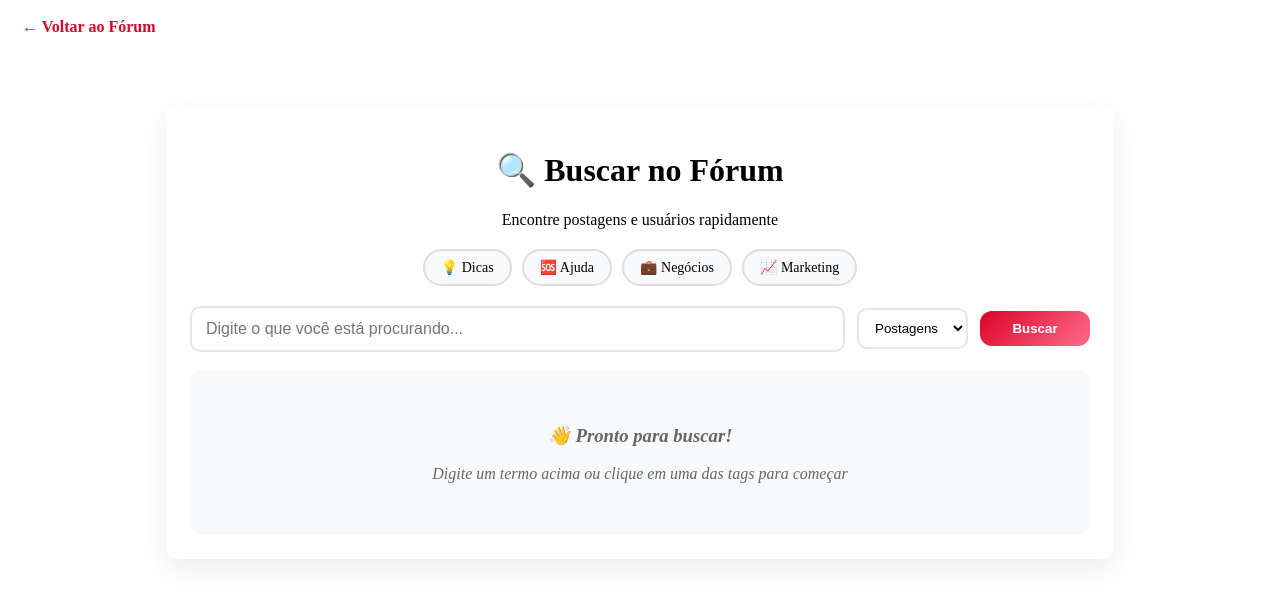
Repository: annaluizapm/MicroMidia
Page: front/HTML/busca.html
The author's editor kept a copy of each file at every save. The page is drawn from the files as they stood at one save, then again after the next save.
The browser window is 1280 px wide. The pictures show the whole page.

Above is the page before, as saved 2025-10-23 10:58:22.

### front/HTML/busca.html
<!DOCTYPE html>
<html lang="pt-BR">
<head>
    <meta charset="UTF-8">
    <meta name="viewport" content="width=device-width, initial-scale=1.0">
    <title>Buscar - Micro Mídia</title>
    <link rel="stylesheet" href="../CSS/busca.css">

</head>
<body>
    <a href="forum.html" class="voltar-btn">← Voltar ao Fórum</a>

    <div class="busca-container">
        <div class="busca-header">
            <h1>🔍 Buscar no Fórum</h1>
            <p>Encontre postagens e usuários rapidamente</p>
        </div>

        <div class="busca-rapida">
            <div class="tag-busca" onclick="buscarRapida('dica')">💡 Dicas</div>
            <div class="tag-busca" onclick="buscarRapida('ajuda')">🆘 Ajuda</div>
            <div class="tag-busca" onclick="buscarRapida('negócio')">💼 Negócios</div>
            <div class="tag-busca" onclick="buscarRapida('marketing')">📈 Marketing</div>
        </div>

        <form class="busca-form" id="busca-form">
            <input
                type="text"
                id="termo-busca"
                class="busca-input"
                placeholder="Digite o que você está procurando..."
                autocomplete="off"
            >

            <select id="filtro-tipo" class="filtro-select">
                <option value="postagens">Postagens</option>
                <option value="usuarios">Usuários</option>
                <option value="todos">Todos</option>
            </select>

            <button type="submit" class="btn-buscar">Buscar</button>
        </form>

        <div id="resultados-container">
            <div class="sem-resultados">
                <h3>👋 Pronto para buscar!</h3>
                <p>Digite um termo acima ou clique em uma das tags para começar</p>
            </div>
        </div>
    </div>

    <script src="../JS/busca.js"></script>

</body>
</html>

### front/CSS/busca.css
 .busca-container {
            max-width: 900px;
            margin: 40px auto;
            padding: 24px;
            background: white;
            border-radius: 12px;
            box-shadow: 0 10px 30px rgba(0,0,0,0.08);
        }

         .busca-header {
                    text-align: center;
                    margin-bottom: 20px;
                }

         .busca-form {
                    display: flex;
                    gap: 12px;
                    margin-bottom: 18px;
                    flex-wrap: wrap;
                    align-items: center;
                }

         .busca-input {
                    flex: 1;
                    min-width: 260px;
                    padding: 12px 14px;
                    border: 2px solid #e6e6e6;
                    border-radius: 10px;
                    font-size: 16px;
                    transition: all 0.2s ease;
                }

        .busca-input:focus {
            outline: none;
            border-color: #D90429;
            box-shadow: 0 0 0 3px rgba(217, 4, 41, 0.1);
        }

         .filtro-select {
                    padding: 10px 12px;
                    border: 2px solid #e6e6e6;
                    border-radius: 10px;
                    background: white;
                    cursor: pointer;
                    transition: border-color 0.2s;
                }

        .filtro-select:focus {
            outline: none;
            border-color: #D90429;
        }

         .btn-buscar {
                    background: linear-gradient(135deg, #D90429 0%, #ff6b8a 100%);
                    color: white;
                    border: none;
                    padding: 10px 16px;
                    border-radius: 12px;
                    font-weight: 600;
                    cursor: pointer;
                    transition: all 0.2s ease;
                    min-width: 110px;
                }

        .btn-buscar:hover {
            transform: translateY(-2px);
            box-shadow: 0 6px 20px rgba(217, 4, 41, 0.4);
        }

         .resultados-info {
                    color: #666;
                    margin-bottom: 12px;
                    font-style: italic;
                }

         .resultado-item {
                    background: linear-gradient(135deg, #ffffff 0%, #f8f9fa 100%);
                    border-radius: 12px;
                    padding: 14px;
                    margin-bottom: 12px;
                    box-shadow: 0 6px 18px rgba(0,0,0,0.04);
                    border-left: 4px solid #D90429;
                    transition: transform 0.2s ease;
                }

        .resultado-item:hover {
            transform: translateY(-2px);
        }

         .resultado-header {
                    display: flex;
                    justify-content: space-between;
                    align-items: center;
                    margin-bottom: 8px;
                }

         .resultado-autor {
                    font-weight: 700;
                    color: #D90429;
                }

        .resultado-data {
            color: #666;
            font-size: 0.9em;
        }

        .resultado-conteudo {
            margin-bottom: 15px;
            line-height: 1.6;
        }

        .resultado-stats {
            display: flex;
            gap: 15px;
            color: #666;
            font-size: 0.9em;
        }

        .highlight {
            background: linear-gradient(135deg, #ffeb3b 0%, #ffc107 100%);
            padding: 2px 4px;
            border-radius: 3px;
            font-weight: 600;
        }

         .sem-resultados {
                    text-align: center;
                    color: #666;
                    font-style: italic;
                    padding: 36px 16px;
                    background: #f8f9fa;
                    border-radius: 12px;
                }

         .voltar-btn {
                    display:inline-block;
                    margin-bottom: 20px;
                    color: #D90429;
                    text-decoration: none;
                    font-weight: 600;
                    padding: 8px 12px;
                    border-radius: 8px;
                    border: 2px solid transparent;
                }

         .voltar-btn:hover {
                    background: rgba(217,4,41,0.08);
                    transform: translateY(-2px);
                    border-color: #D90429;
                }

        .busca-rapida {
            display: flex;
            gap: 10px;
            justify-content: center;
            margin-bottom: 20px;
            flex-wrap: wrap;
        }

        .tag-busca {
            background: #f8f9fa;
            border: 2px solid #ddd;
            padding: 8px 16px;
            border-radius: 20px;
            cursor: pointer;
            transition: all 0.3s;
            font-size: 14px;
        }

        .tag-busca:hover {
            background: #D90429;
            color: white;
            border-color: #D90429;
        }

### front/JS/busca.js
// Garantir que exista uma URL base para a API. Se outra parte do app definiu
// `API_BASE_URL` no escopo global (por exemplo em `script.js`), usamos ela;
// caso contrário, montamos uma URL relativa com base em `location`.
const API_BASE_URL = (function(){
    try{
        if (typeof window !== 'undefined' && window.API_BASE_URL) return window.API_BASE_URL;
    }catch(e){}
    // fallback dinâmico para `http(s)://host:port/api`
    const port = (typeof location !== 'undefined' && location.port) ? `:${location.port}` : '';
    const protocol = (typeof location !== 'undefined' && location.protocol) ? location.protocol : 'http:';
    const hostname = (typeof location !== 'undefined' && location.hostname) ? location.hostname : '127.0.0.1';
    return `${protocol}//${hostname}${port}/api`;
})();

document.addEventListener('DOMContentLoaded', () => {
    const form = document.getElementById('busca-form');
    if(form) form.addEventListener('submit', handleBusca);
    const termoInput = document.getElementById('termo-busca');
    if(termoInput) termoInput.addEventListener('input', handleBuscaTempoReal);
});

        let timeoutBusca;

        // Busca em tempo real (com delay)
        function handleBuscaTempoReal() {
            clearTimeout(timeoutBusca);
            timeoutBusca = setTimeout(() => {
                const termo = document.getElementById('termo-busca').value.trim();
                if (termo.length > 2) {
                    realizarBusca(termo, document.getElementById('filtro-tipo').value);
                }
            }, 500);
        }

        // Busca ao enviar formulário
        async function handleBusca(event) {
            event.preventDefault();
            const termo = document.getElementById('termo-busca').value.trim();
            const tipo = document.getElementById('filtro-tipo').value;

            if (termo) {
                await realizarBusca(termo, tipo);
            }
        }

        // Busca rápida por tags
        function buscarRapida(termo) {
            document.getElementById('termo-busca').value = termo;
            realizarBusca(termo, 'postagens');
        }

        // Realizar busca
        async function realizarBusca(termo, tipo) {
            const container = document.getElementById('resultados-container');
            container.innerHTML = '<div class="sem-resultados"><h3>🔍 Buscando...</h3></div>';

            try {
                let resultados = [];

                if (tipo === 'postagens' || tipo === 'todos') {
                    const postagens = await buscarPostagens(termo);
                    resultados = [...resultados, ...postagens.map(p => ({...p, tipo: 'postagem'}))];
                }

                if (tipo === 'usuarios' || tipo === 'todos') {
                    const usuarios = await buscarUsuarios(termo);
                    resultados = [...resultados, ...usuarios.map(u => ({...u, tipo: 'usuario'}))];
                }

                exibirResultados(resultados, termo);

            } catch (error) {
                console.error('Erro na busca:', error);
                container.innerHTML = '<div class="sem-resultados"><h3>❌ Erro na busca</h3><p>Tente novamente em alguns segundos</p></div>';
            }
        }

        // Buscar postagens
        async function buscarPostagens(termo) {
            const url = `${API_BASE_URL}/postagens`;
            console.log('[busca] GET', url);
            const response = await fetch(url).catch(err => {
                console.error('[busca] Erro fetch postagens:', err);
                return null;
            });
            if (!response) return [];
            console.log('[busca] postagens status', response.status);
            if (response.ok) {
                const postagens = await response.json();
                console.log('[busca] postagens recebidas:', Array.isArray(postagens) ? postagens.length : typeof postagens);
                return postagens.filter(p =>
                    (p.conteudo || '').toLowerCase().includes(termo.toLowerCase()) ||
                    (p.usuario_nome && p.usuario_nome.toLowerCase().includes(termo.toLowerCase()))
                );
            }
            const text = await response.text().catch(()=>'');
            console.warn('[busca] resposta não OK postagens:', response.status, text.slice(0,200));
            return [];
        }

        // Buscar usuários
        async function buscarUsuarios(termo) {
            const url = `${API_BASE_URL}/usuarios`;
            console.log('[busca] GET', url);
            const response = await fetch(url).catch(err => {
                console.error('[busca] Erro fetch usuarios:', err);
                return null;
            });
            if (!response) return [];
            console.log('[busca] usuarios status', response.status);
            if (response.ok) {
                const usuarios = await response.json();
                console.log('[busca] usuarios recebidos:', Array.isArray(usuarios) ? usuarios.length : typeof usuarios);
                return usuarios.filter(u =>
                    (u.nome || '').toLowerCase().includes(termo.toLowerCase()) ||
                    (u.email || '').toLowerCase().includes(termo.toLowerCase()) ||
                    (u.bio && u.bio.toLowerCase().includes(termo.toLowerCase()))
                );
            }
            const text = await response.text().catch(()=>'');
            console.warn('[busca] resposta não OK usuarios:', response.status, text.slice(0,200));
            return [];
        }

        // Exibir resultados
        function exibirResultados(resultados, termo) {
            const container = document.getElementById('resultados-container');

            if (resultados.length === 0) {
                container.innerHTML = `
                    <div class="sem-resultados">
                        <h3>😔 Nenhum resultado encontrado</h3>
                        <p>Tente buscar por outros termos ou verifique a ortografia</p>
                    </div>
                `;
                return;
            }

            const info = `<div class="resultados-info">Encontrados ${resultados.length} resultado(s) para "${termo}"</div>`;

            const itens = resultados.map(item => {
                if (item.tipo === 'postagem') {
                    return `
                        <div class="resultado-item">
                            <div class="resultado-header">
                                <span class="resultado-autor">📝 ${item.usuario_nome || 'Usuário'}</span>
                                <span class="resultado-data">${new Date(item.criado_em).toLocaleString()}</span>
                            </div>
                            <div class="resultado-conteudo">${destacarTermo(item.conteudo, termo)}</div>
                            <div class="resultado-stats">
                                <span>❤️ ${item.curtidas || 0} curtidas</span>
                                <span>💬 ${item.comentarios || 0} comentários</span>
                            </div>
                        </div>
                    `;
                } else {
                    return `
                        <div class="resultado-item">
                            <div class="resultado-header">
                                <span class="resultado-autor">👤 ${destacarTermo(item.nome, termo)}</span>
                                <span class="resultado-data">Usuário</span>
                            </div>
                            <div class="resultado-conteudo">
                                <strong>Email:</strong> ${destacarTermo(item.email, termo)}<br>
                                ${item.bio ? `<strong>Bio:</strong> ${destacarTermo(item.bio, termo)}` : ''}
                            </div>
                        </div>
                    `;
                }
            }).join('');

            container.innerHTML = info + itens;
        }

        // Destacar termo de busca
        function destacarTermo(texto, termo) {
            if (!texto) return '';
            const regex = new RegExp(`(${termo})`, 'gi');
            return texto.replace(regex, '<span class="highlight">$1</span>');
        }

After the next save:
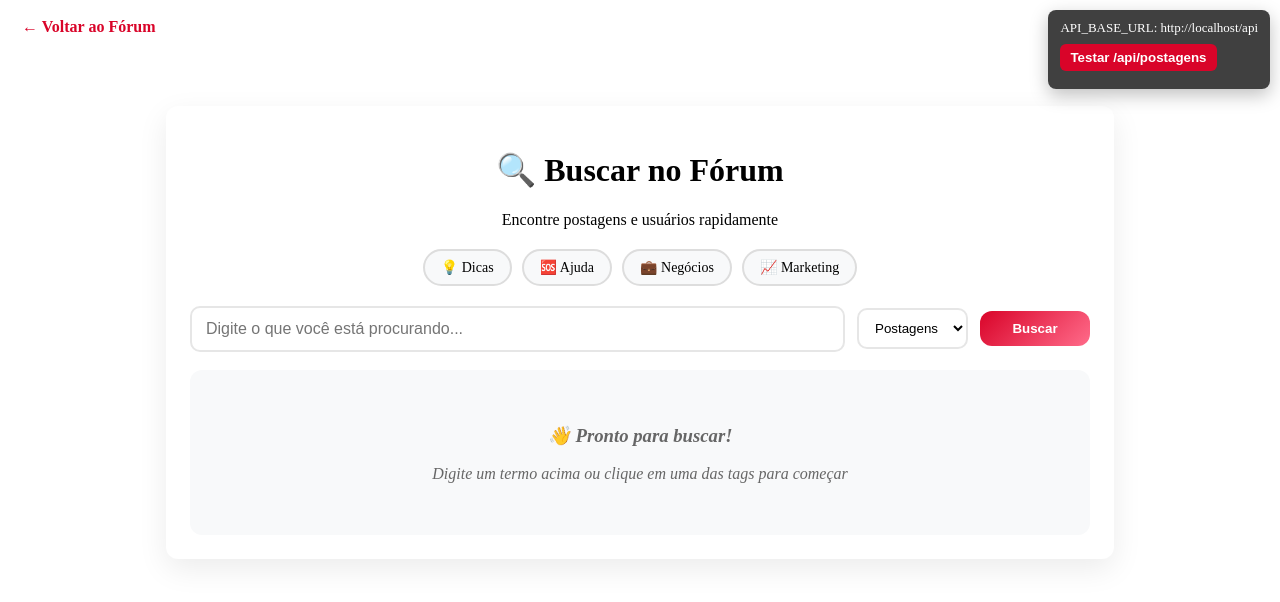
Saved 6 min 5 s later.
--- a/front/JS/busca.js
+++ b/front/JS/busca.js
@@ -17,7 +17,68 @@
     if(form) form.addEventListener('submit', handleBusca);
     const termoInput = document.getElementById('termo-busca');
     if(termoInput) termoInput.addEventListener('input', handleBuscaTempoReal);
+    // adicionar banner de debug para facilitar diagnóstico em tempo real
+    try { createDebugBanner(); } catch(e){ console.warn('Não foi possível criar debug banner:', e); }
 });
+
+// Cria um pequeno banner no topo da página com informações de debug e um botão
+function createDebugBanner(){
+    if (document.getElementById('debug-banner')) return;
+    const banner = document.createElement('div');
+    banner.id = 'debug-banner';
+    banner.style.position = 'fixed';
+    banner.style.top = '10px';
+    banner.style.right = '10px';
+    banner.style.zIndex = 9999;
+    banner.style.background = 'rgba(0,0,0,0.75)';
+    banner.style.color = 'white';
+    banner.style.padding = '10px 12px';
+    banner.style.borderRadius = '8px';
+    banner.style.fontSize = '13px';
+    banner.style.boxShadow = '0 6px 18px rgba(0,0,0,0.25)';
+
+    const info = document.createElement('div');
+    info.style.marginBottom = '8px';
+    info.innerText = `API_BASE_URL: ${API_BASE_URL}`;
+
+    const btn = document.createElement('button');
+    btn.innerText = 'Testar /api/postagens';
+    btn.style.cursor = 'pointer';
+    btn.style.padding = '6px 10px';
+    btn.style.borderRadius = '6px';
+    btn.style.border = 'none';
+    btn.style.background = '#D90429';
+    btn.style.color = 'white';
+    btn.style.fontWeight = '600';
+
+    const status = document.createElement('div');
+    status.id = 'debug-status';
+    status.style.marginTop = '8px';
+    status.style.fontSize = '12px';
+
+    btn.addEventListener('click', async () => {
+        status.innerText = 'Testando...';
+        try {
+            const res = await fetch(`${API_BASE_URL}/postagens`);
+            status.innerText = `Status: ${res.status} ${res.statusText}`;
+            if (res.ok) {
+                const data = await res.json();
+                status.innerText += ` — postagens: ${Array.isArray(data) ? data.length : 'n/a'}`;
+            } else {
+                const text = await res.text();
+                status.innerText += ` — resposta: ${text.slice(0,120)}`;
+            }
+        } catch (err) {
+            status.innerText = 'Erro: ' + (err.message || err);
+            console.error('Debug banner fetch error:', err);
+        }
+    });
+
+    banner.appendChild(info);
+    banner.appendChild(btn);
+    banner.appendChild(status);
+    document.body.appendChild(banner);
+}
 
         let timeoutBusca;
 
